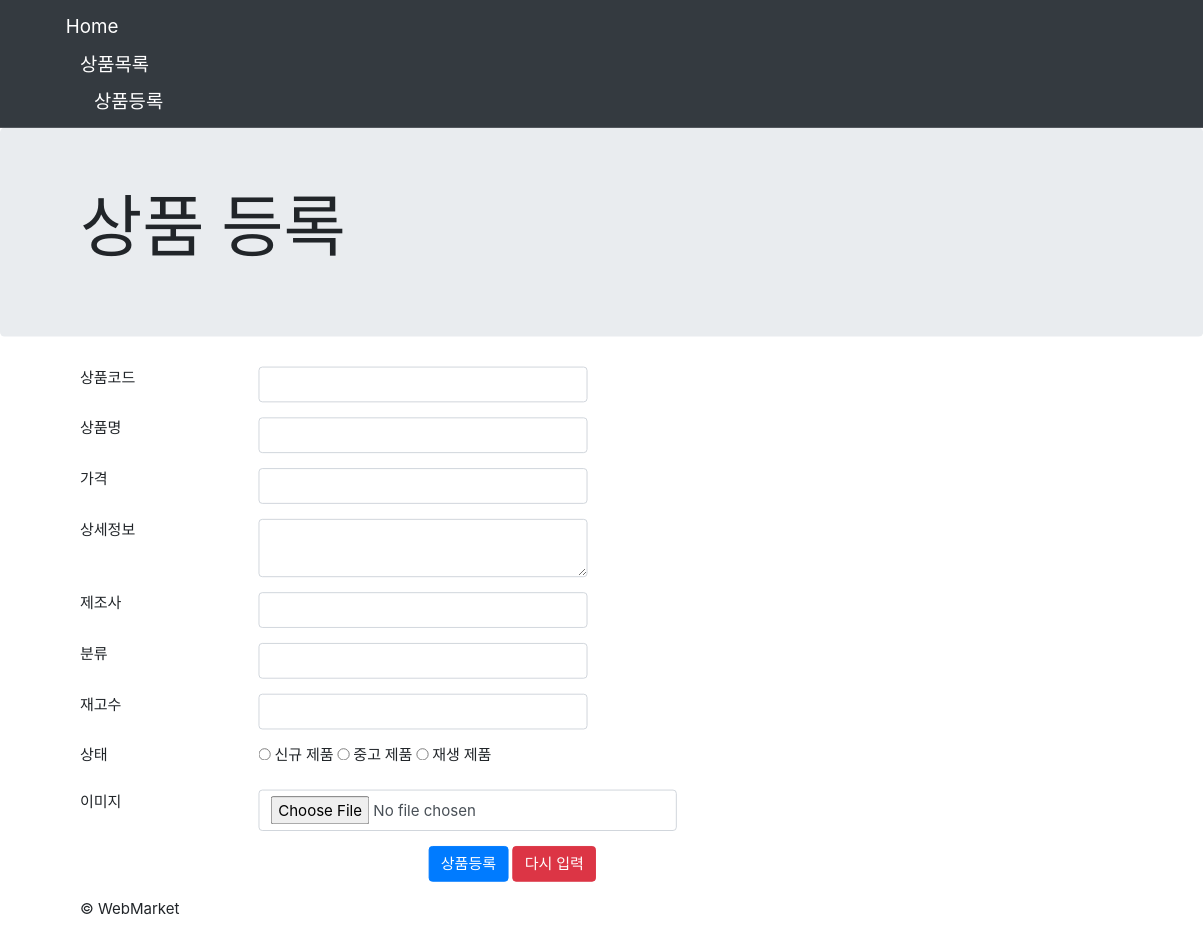
Repository: davisbyun/ai
Page: http://localhost/WebMarket/addProduct.jsp
The author's editor kept a copy of each file at every save. The page is drawn from the files as they stood at one save, then again after the next save.
The browser window is 1280 px wide. The pictures show the whole page, at 94% of full size.
Some web fonts or font styles are not loaded; a fallback is used. The page is served by Tomcat 9. Other server files are loaded and not shown.

Above is the page before, as saved 2024-01-26 02:01:42.

### WebMarket/src/main/webapp/addProduct.jsp
<%@ page language="java" contentType="text/html; charset=UTF-8"
    pageEncoding="UTF-8"%>
<!DOCTYPE html>
<html>
<head>
<meta charset="UTF-8">
<title>상품등록</title>
<link rel="stylesheet" href="https://cdn.jsdelivr.net/npm/bootstrap@4.0.0/dist/css/bootstrap.min.css" integrity="sha384-Gn5384xqQ1aoWXA+058RXPxPg6fy4IWvTNh0E263XmFcJlSAwiGgFAW/dAiS6JXm" crossorigin="anonymous">
<style>
  @import url('https://fonts.googleapis.com/css2?family=Hahmlet&display=swap');
  .f1 { font-family: 'Hahmlet', serif; }
</style>

</head>
<body>
   <jsp:include page="menu.jsp"></jsp:include>
   <div class="jumbotron">
    <div class="container">
        <h1 class="display-3 f1"> 상품 등록 </h1>
    </div>
  </div>
  <div class="container">
    <form action="./processAddProduct.jsp"  name="newProduct"
          enctype="multipart/form-data" class="form-horizontal"  method="post">

         <div class="form-group row">
            <label class="col-sm-2 f1"> 상품코드 </label>
            <div class="col-sm-4">
                <input type="text" name="productId" id="productId"  class="form-control">
            </div>
         </div>

         <div class="form-group row">
            <label class="col-sm-2 f1"> 상품명 </label>
            <div class="col-sm-4">
                <input type="text" name="name"  id="name"   class="form-control">
            </div>
         </div>

         <div class="form-group row">
            <label class="col-sm-2 f1"> 가격 </label>
            <div class="col-sm-4">
                <input type="text" name="unitPrice" id="unitPrice" class="form-control">
            </div>
         </div>

         <div class="form-group row">
            <label class="col-sm-2 f1"> 상세정보 </label>
            <div class="col-sm-4">
                <textarea name="description"  id="description" cols="50" rows="2" class="form-control"></textarea>
            </div>
         </div>

         <div class="form-group row">
            <label class="col-sm-2 f1"> 제조사 </label>
            <div class="col-sm-4">
                <input type="text" name="manufacturer" id="manufacturer" class="form-control">
            </div>
         </div>

         <div class="form-group row">
            <label class="col-sm-2 f1"> 분류 </label>
            <div class="col-sm-4">
                <input type="text" name="category" id="category" class="form-control">
            </div>
         </div>

         <div class="form-group row">
            <label class="col-sm-2 f1"> 재고수 </label>
            <div class="col-sm-4">
                <input type="text" name="unitsInStock" id="unitsInStock" class="form-control">
            </div>
         </div>

         <div class="form-group row">
            <label class="col-sm-2 f1"> 상태 </label>
            <div class="col-sm-4 f1">
                <input type="radio" name="condition" value="New"> 신규 제품
                <input type="radio" name="condition" value="Old"> 중고 제품
                <input type="radio" name="condition" value="Refurbished"> 재생 제품
            </div>
         </div>

         <div class="form-group row">
           <label class="col-sm-2">이미지</label>
           <div class="col-sm-5">
             <input type="file" name="productImage" id="productImage" class="form-control">
           </div>
         </div>


         <div class="form-group row">
            <div class="col-sm-offset-2  col-sm-10  col  text-center">
                <input type="button"  class="btn btn-primary f1" value="상품등록" onclick="checkAddProd()">
                 <input type="reset"  class="btn btn-danger f1" value="다시 입력">
            </div>
         </div>

    </form>

  </div>
  <jsp:include page="footer.jsp"></jsp:include>

  <script type="text/javascript"  src="./js/validation.js"></script>
</body>
</html>

### WebMarket/src/main/webapp/menu.jsp
<%@ page language="java" contentType="text/html; charset=UTF-8"
    pageEncoding="UTF-8"%>
<!DOCTYPE html>
<html>
<head>
<meta charset="UTF-8">
<title>Insert title here</title>
<link rel="stylesheet" href="https://cdn.jsdelivr.net/npm/bootstrap@4.0.0/dist/css/bootstrap.min.css" integrity="sha384-Gn5384xqQ1aoWXA+058RXPxPg6fy4IWvTNh0E263XmFcJlSAwiGgFAW/dAiS6JXm" crossorigin="anonymous">
</head>
<body>
	 <nav class="navbar navbar-expand navbar-dark bg-dark">
    <div class="container">
        <div class="navbar-header">
            <a class="navbar-brand" href="./welcome.jsp">Home</a>
        <div class="container">
        <div class="navbar-header">
            <a class="navbar-brand" href="./welcome.jsp">상품목록</a>
        <div class="container">
        <div class="navbar-header">
            <a class="navbar-brand" href="./welcome.jsp">상품등록</a>
         </div>
     </div>
   </nav>
</body>
</html>

### WebMarket/src/main/webapp/footer.jsp
<%@ page language="java" contentType="text/html; charset=UTF-8"
    pageEncoding="UTF-8"%>
<!DOCTYPE html>
<html>
<head>
<meta charset="UTF-8">
<title>Insert title here</title>
 <link rel="stylesheet" href="https://cdn.jsdelivr.net/npm/bootstrap@4.0.0/dist/css/bootstrap.min.css" integrity="sha384-Gn5384xqQ1aoWXA+058RXPxPg6fy4IWvTNh0E263XmFcJlSAwiGgFAW/dAiS6JXm" crossorigin="anonymous">
</head>
<body>
     <footer class="container">
	    <p>&copy; WebMarket</p>
	 </footer>
</body>
</html>

### WebMarket/src/main/webapp/js/validation.js
function checkAddProd() {

   //요구사항
   // 1. 상품 아이디 체크 - 상품코드와 숫자를 조합하여 5~12자까지 입력 반드시 첫글자는 P로 시작하기
   // 2. 상품명 체크하기 - 최소 4자에서 12자까지 입력하기
   // 3. 상품 가격 체크하기  - 숫자만 입력하기
   // 4. 상품 가격 체크하기 - 음수는 입력 안됨
   // 5. 재고수 체크하기 - 숫자만 입력하기

   // 처리순서 : 1단계 폼에 입력한 내용을 가지고 온다.  2단계 조건문으로 검사를 한다. 3단계 2단계 모두 통과되면 전송한다.
    // 1단계 폼에 입력한 내용을 가지고 온다.
      var  productId = document.getElementById("productId");
      var  name = document.getElementById("name");
      var  unitPrice = document.getElementById("unitPrice");
      var  unitsInStock = document.getElementById("unitsInStock");
    // 2단계 조건문으로 검사를 한다.
      // 1. 상품 아이디 체크 - 상품코드와 숫자를 조합하여 5~12자까지 입력 반드시 첫글자는 P로 시작하기
      /*
      if (   check( 정규표현식, 변수명, 표시할메시지 )     ) {
           productId.focus();
           return false;
       }

       function check( var 정규표현식, var 변수명, var 표시할메시지    ) {
             정규표현식 처리
             alert(표시할메시지);
             return false;
        }
       */
       // 1. 요구사항
       if( ! check( /^P[0-9]{4,11}$/, productId, "상품코드와 숫자를 조합하여 5~12자까지 입력 반드시 첫글자는 P로 시작하기") ) {
            return false;
       }

       // 2. 상품명 체크하기 - 최소 4자에서 12자까지 입력하기
       if( ! check( /^[0-9a-zA-z]{4,12}$/  , name  , "최소 4자에서 12자까지 입력하기") ){
              return false;
      }

      // 3. 상품 가격 체크하기  - 숫자만 입력하기
       if( ! check( /^[0-9]*$/  , unitPrice  , "숫자만 입력하기") ){
              return false;
        }

       // 4. 상품 가격 체크하기 - 음수는 입력 안됨
       if ( unitPrice.value < 0) {
            alert("음수는 입력 안됨");
            return false;
        }

        // 5. 재고수 체크하기 - 숫자만 입력하기
        if( ! check( /^[0-9]*$/  , unitsInStock  , "숫자만 입력하기") ){
              return false;
        }


       function check(  regExp,  e,  meg  ) {
          if( regExp.test( e.value ) ) {
                return true;
          }
            alert( meg );
            productId.focus();
            return false;
       }




    // 3단계 2단계 모두 통과되면 전송한다.
        document.newProduct.submit(); // newProduct는 <form> 태그의 name
}

After the next save:
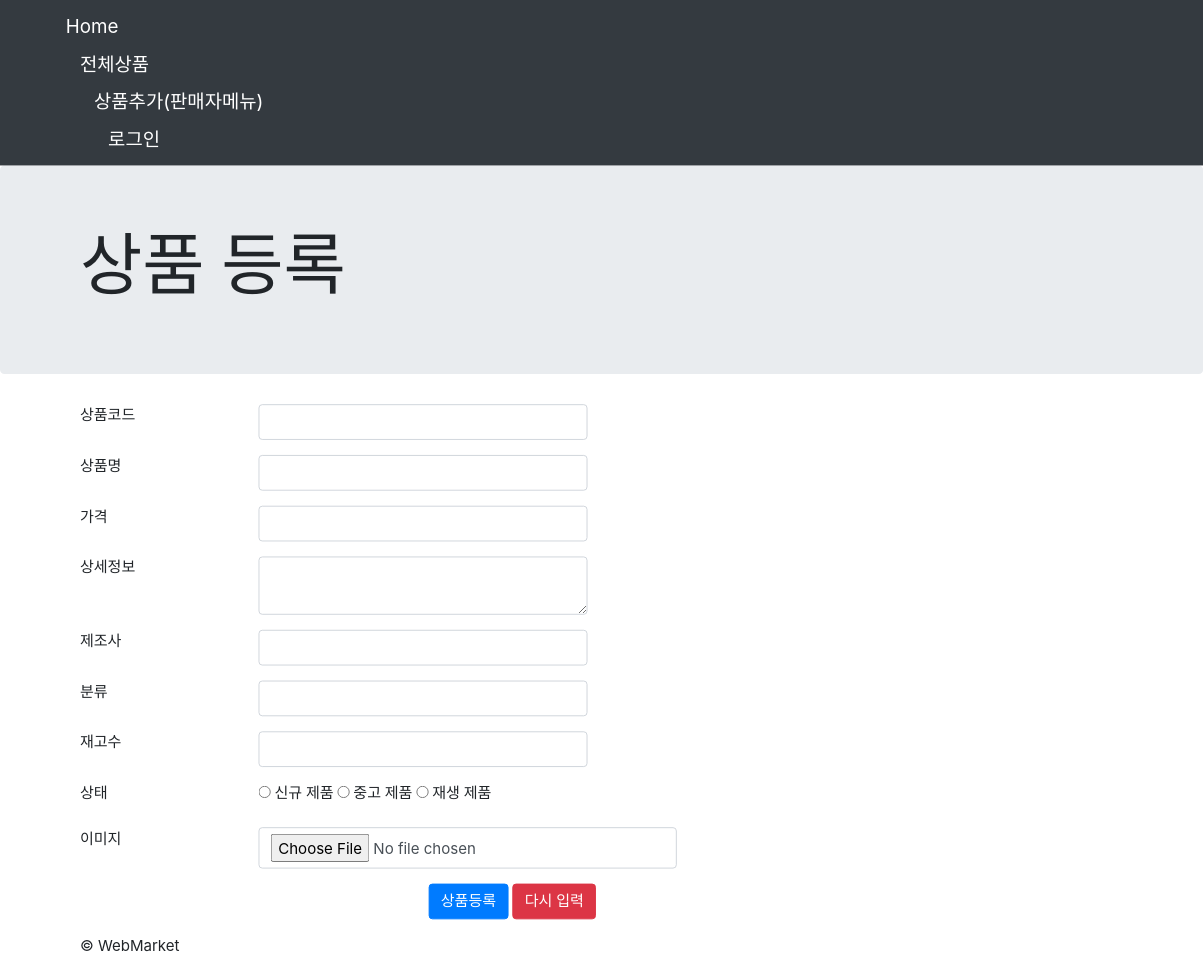
Saved 71 s later.
--- a/WebMarket/src/main/webapp/menu.jsp
+++ b/WebMarket/src/main/webapp/menu.jsp
@@ -14,10 +14,13 @@
             <a class="navbar-brand" href="./welcome.jsp">Home</a>
         <div class="container">
         <div class="navbar-header">
-            <a class="navbar-brand" href="./welcome.jsp">상품목록</a>
+            <a class="navbar-brand" href="./welcome.jsp">전체상품</a>
         <div class="container">
         <div class="navbar-header">
-            <a class="navbar-brand" href="./welcome.jsp">상품등록</a>
+            <a class="navbar-brand" href="./welcome.jsp">상품추가(판매자메뉴)</a>
+         <div class="container">
+        <div class="navbar-header">
+            <a class="navbar-brand" href="./welcome.jsp">로그인</a>
          </div>
      </div>
    </nav>

After the save that followed:
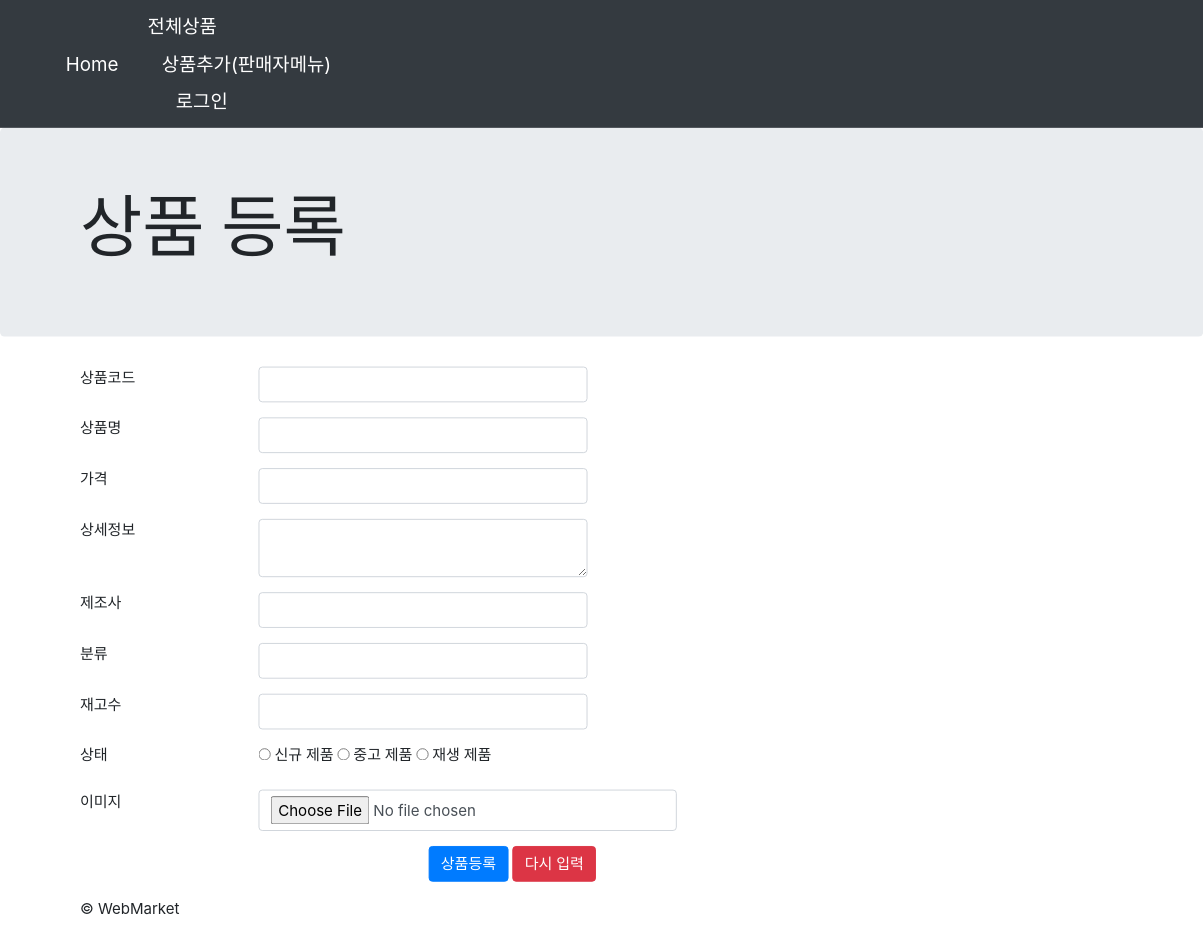
Saved 42 s later.
--- a/WebMarket/src/main/webapp/menu.jsp
+++ b/WebMarket/src/main/webapp/menu.jsp
@@ -12,12 +12,15 @@
     <div class="container">
         <div class="navbar-header">
             <a class="navbar-brand" href="./welcome.jsp">Home</a>
+        </div>
         <div class="container">
         <div class="navbar-header">
             <a class="navbar-brand" href="./welcome.jsp">전체상품</a>
+        </div>
         <div class="container">
         <div class="navbar-header">
             <a class="navbar-brand" href="./welcome.jsp">상품추가(판매자메뉴)</a>
+        </div>
          <div class="container">
         <div class="navbar-header">
             <a class="navbar-brand" href="./welcome.jsp">로그인</a>
